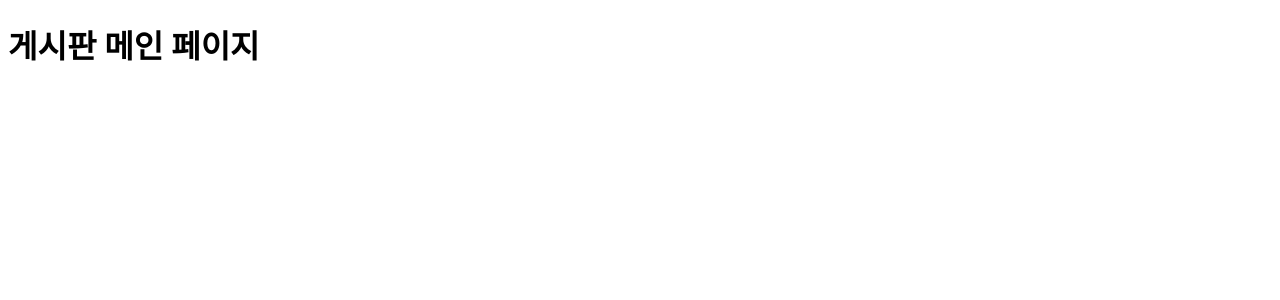
Repository: ksccmp/notice-board
Page: http://localhost/board/main.jsp
The author's editor kept a copy of each file at every save. The page is drawn from the files as they stood at one save, then again after the next save.
The browser window is 1280 px wide. The pictures show the whole page.
The page is served by Tomcat 9. Nobody is signed in. The application's start-up code is not run.

Above is the page before, as saved 2019-09-18 13:22:21.

After the next save:
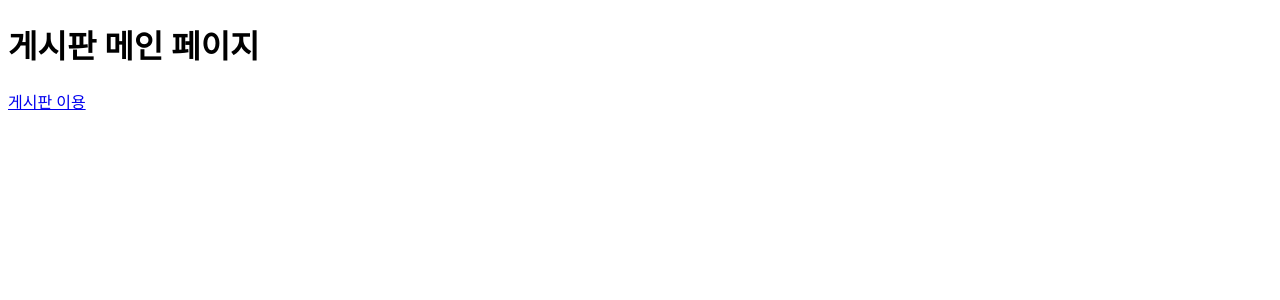
Saved 31 s later.
--- a/board/src/main/webapp/main.jsp
+++ b/board/src/main/webapp/main.jsp
@@ -8,6 +8,6 @@
 </head>
 <body>
 	<h1>게시판 메인 페이지</h1>
-
+	<a href="#">게시판 이용</a>
 </body>
 </html>
